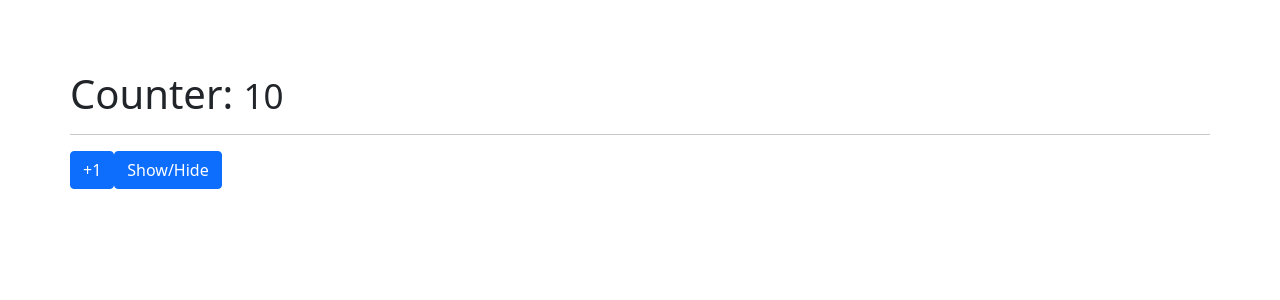
Repository: FlamesAlejandro/practicaReact
Page: /
The author's editor kept a copy of each file at every save. The page is drawn from the files as they stood at one save, then again after a run of saves.
The browser window is 1280 px wide. The pictures show the whole page.
The project was rebuilt for these pictures with package versions that can differ from the ones it lists, and the page was loaded fresh each time.

Above is the page before, as saved 2021-06-02 20:50:19.

### public/index.html
<!DOCTYPE html>
<html lang="en">
  <head>
    <meta charset="utf-8" />
    <link rel="icon" href="%PUBLIC_URL%/favicon.ico" />
    <meta name="viewport" content="width=device-width, initial-scale=1" />
    <meta name="theme-color" content="#000000" />
    <meta
      name="description"
      content="Web site created using create-react-app"
    />

    <!--
      manifest.json provides metadata used when your web app is installed on a
      user's mobile device or desktop. See https://developers.google.com/web/fundamentals/web-app-manifest/
    -->
    <link rel="manifest" href="%PUBLIC_URL%/manifest.json" />
    <!--
      Notice the use of %PUBLIC_URL% in the tags above.
      It will be replaced with the URL of the `public` folder during the build.
      Only files inside the `public` folder can be referenced from the HTML.

      Unlike "/favicon.ico" or "favicon.ico", "%PUBLIC_URL%/favicon.ico" will
      work correctly both with client-side routing and a non-root public URL.
      Learn how to configure a non-root public URL by running `npm run build`.
    -->
       <!-- CSS only -->
<link href="https://cdn.jsdelivr.net/npm/bootstrap@5.0.1/dist/css/bootstrap.min.css" rel="stylesheet" integrity="sha384-+0n0xVW2eSR5OomGNYDnhzAbDsOXxcvSN1TPprVMTNDbiYZCxYbOOl7+AMvyTG2x" crossorigin="anonymous"></link>

    <title>Hooks App</title>
  </head>
  <body>
    <noscript>You need to enable JavaScript to run this app.</noscript>
    <div id="root"></div>
    <!--
      This HTML file is a template.
      If you open it directly in the browser, you will see an empty page.

      You can add webfonts, meta tags, or analytics to this file.
      The build step will place the bundled scripts into the <body> tag.

      To begin the development, run `npm start` or `yarn start`.
      To create a production bundle, use `npm run build` or `yarn build`.
    -->
  </body>
</html>

### src/index.js
import React from 'react';
import ReactDOM from 'react-dom';
// import { RealExampleRef } from './components/04-useRef/RealExampleRef';
// import { Layout } from './components/05-useLayoutEffect/LayoutEffect';
import { Memorize } from './components/06-memos/Memorize';
// import { FocusScreen } from './components/04-useRef/FocusScreen';
// import { MultipleCustomHook } from './components/03-examples/MultipleCustomHook';
// import { FormWithCustomHook } from './components/useEffect/FormWithCustomHook';
// import { SimpleForm } from './components/useEffect/SimpleForm';
// import { CounterApp } from './components/01-useState/CounterApp';
// import { CounterWithCustomHook } from './components/01-useState/CounterWithCustomHook';
// import { HookApp } from './HookApp';

ReactDOM.render(

    <Memorize />,

  document.getElementById('root')
);

### src/components/06-memos/Memorize.js
import React, { useState } from 'react';
import { useCounterM } from '../../hooks/useCounterM'
import '../02-useEffect/effect.css';
import { Small } from './small';


export const Memorize = () => {

    const { counter, increment } = useCounterM( 10 );
    const [show, setShow] = useState(true);

    return (
        <div>
            <h1>Counter: <Small value={ counter } /></h1>
            <hr />

            <button
                className="btn btn-primary"
                onClick={ increment }
            >
                +1
            </button>

            <button
                className="btn btn-primary"
                onClick={ increment }
            >
                Show/Hide { show }
            </button>

        </div>
    )
}

### src/hooks/useCounterM.js
import { useState } from 'react';

export const useCounterM = (initialState = 10) => {

    const [counter, setCounter] = useState(initialState)

    const increment = (  ) => {
        setCounter( counter + 1 );
    }

    const decrement = (  ) => {
        setCounter( counter - 1 );
    }

    const reset = () => {
        setCounter( initialState );
    }

    return {
        counter,
        increment,
        decrement,
        reset
    };


}

### src/components/06-memos/small.js
import React from 'react'

export const Small = ({ value }) => {
    return (
        <small>
            { value }
        </small>
    )
}

Loaded but not shown: src/components/02-useEffect/effect.css (common file)

After the next 2 saves:
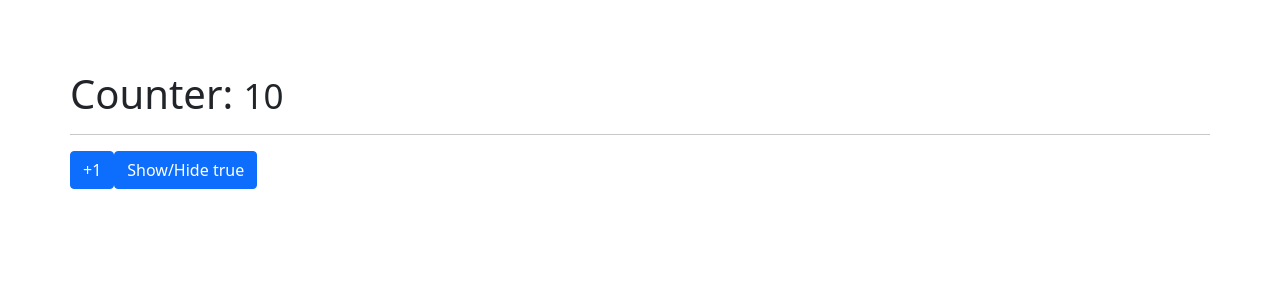
The 2 saves are shown as one change because 1 did not build or start.
The last was saved 27 s later.
--- a/src/components/06-memos/Memorize.js
+++ b/src/components/06-memos/Memorize.js
@@ -25,7 +25,7 @@ export const Memorize = () => {
                 className="btn btn-primary"
                 onClick={ increment }
             >
-                Show/Hide { show }
+                Show/Hide { JSON.stringify(show) }
             </button>
 
         </div>
